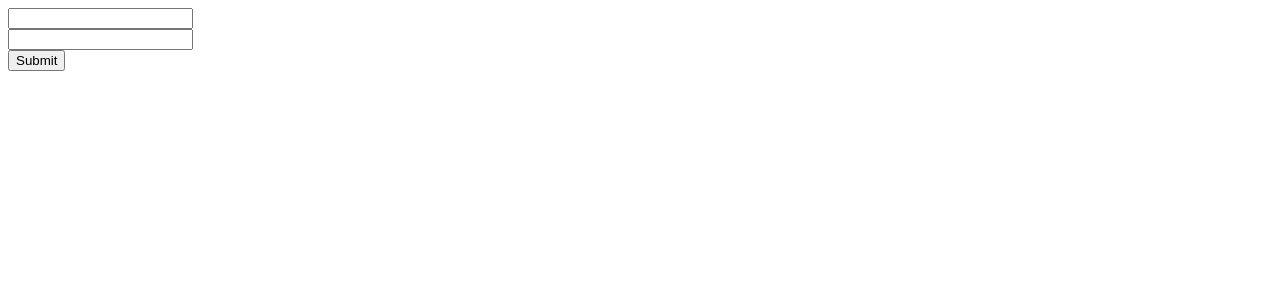
Repository: Hashim-Ansari-82/Servlet-And-JSP
Page: FirstServletDemo/src/main/webapp/index.html
These files come from the project's save history. The page is drawn as it stood at one moment and after the next save; the edit follows.
The browser window is 1280 px wide. The pictures show the whole page.

Above is the page before, as saved 2026-06-01 18:58:05.

After the next save:
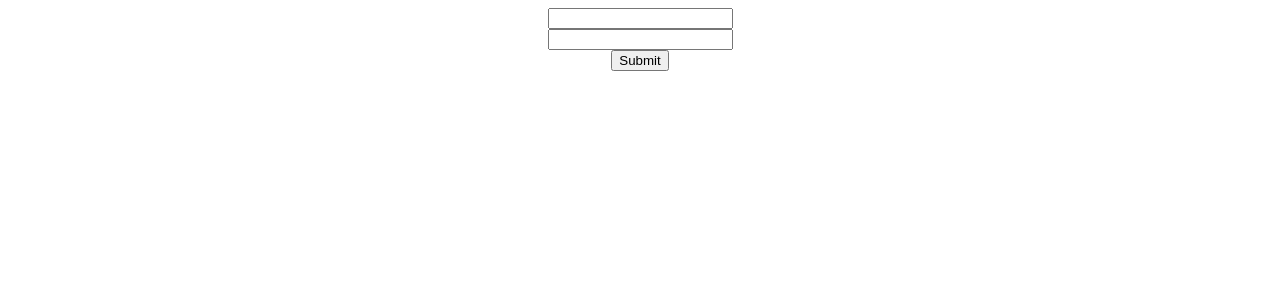
Saved 2 min 6 s later.
--- a/FirstServletDemo/src/main/webapp/index.html
+++ b/FirstServletDemo/src/main/webapp/index.html
@@ -9,6 +9,7 @@
 	<div class="container">
 		<div class="card">
 			<div class="card-body">
+			<center>
 					<form action="register" method="get">
 
 						<div class="text-center">
@@ -17,6 +18,7 @@
 								style="text-align: center" value="Submit">
 						</div>
 					</form>
+					</center>
 				</div>
 			</div>
 		</div>

After the 3 saves that followed:
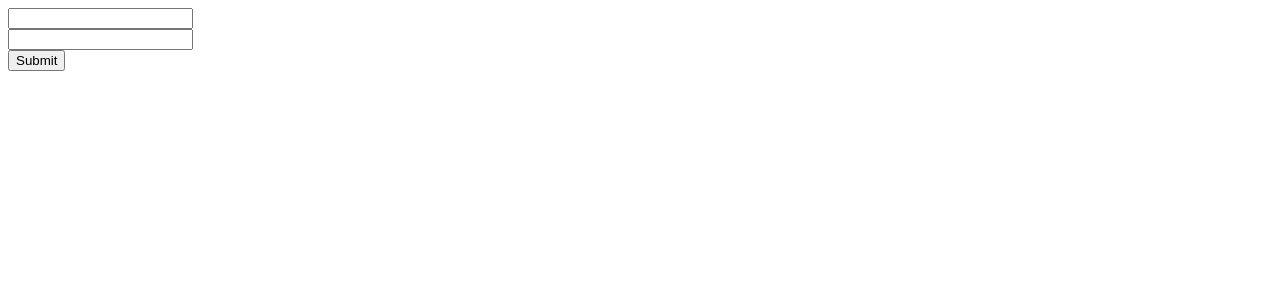
The 3 saves are shown as one change because 2 left the picture as it was.
The last was saved 51 s later.
--- a/FirstServletDemo/src/main/webapp/index.html
+++ b/FirstServletDemo/src/main/webapp/index.html
@@ -9,19 +9,14 @@
 	<div class="container">
 		<div class="card">
 			<div class="card-body">
-			<center>
 					<form action="register" method="get">
 
-						<div class="text-center">
 							<input type="text" name="name"> <br> <input
 								type="text" name="email"> <br> <input type="submit"
 								style="text-align: center" value="Submit">
-						</div>
 					</form>
-					</center>
 				</div>
 			</div>
 		</div>
-	</div>
 </body>
 </html>
